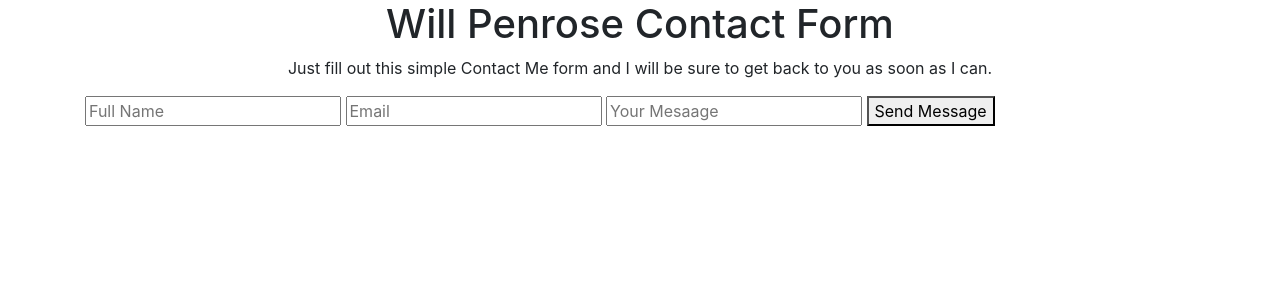
Repository: Code-Institute-Submissions/user-centric-frontend-dev-milestone-project
Page: contact.html
The author's editor kept a record of every edit. The page is drawn from the files as they stood at one moment, then again after the next edit.
The browser window is 1280 px wide. The pictures show the whole page.
Some web fonts or font styles are not loaded; a fallback is used.

Above is the page before.

After the next edit:
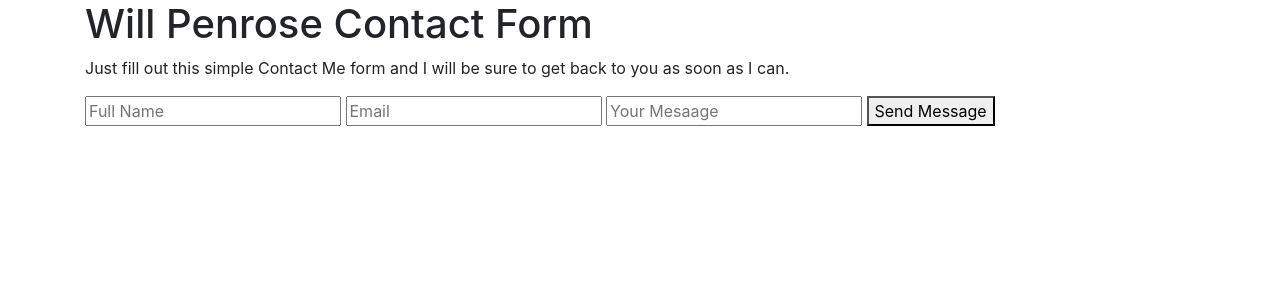
The edit:
--- a/contact.html
+++ b/contact.html
@@ -11,7 +11,7 @@
 <body>
     <div class="container">
         <div class="row">
-            <div class="col-lg-12 contact-title">
+            <div class="col">
                 <h1>Will Penrose Contact Form</h1>
                 <p>
                     Just fill out this simple Contact Me form and I will be sure to get back to you as soon as I can.
